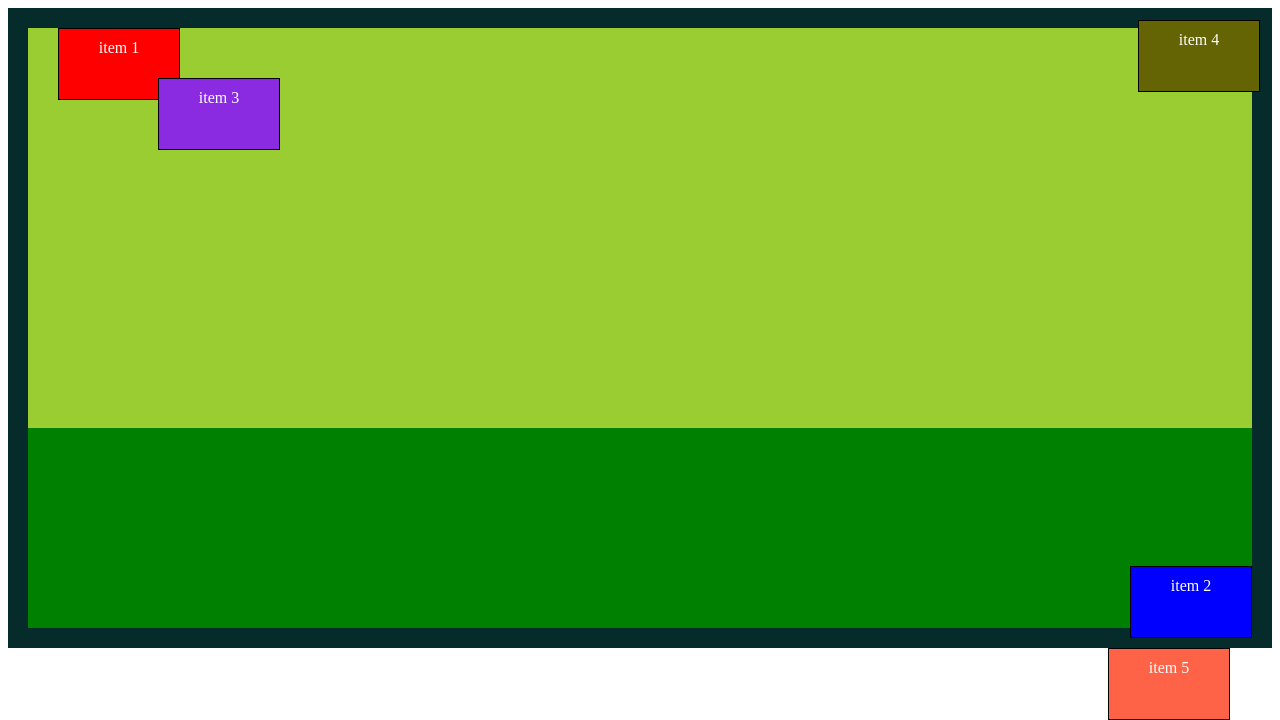
Repository: nmaury/TpsCambodge
Page: InternetProgramming/Css/sample.html
These files come from the project's save history. The page is drawn as it stood at one moment and after the next save; the edit follows.
The browser window is 1280 px wide. The pictures show the whole page.

Above is the page before, as saved 2022-12-06 03:01:24.

After the next save:
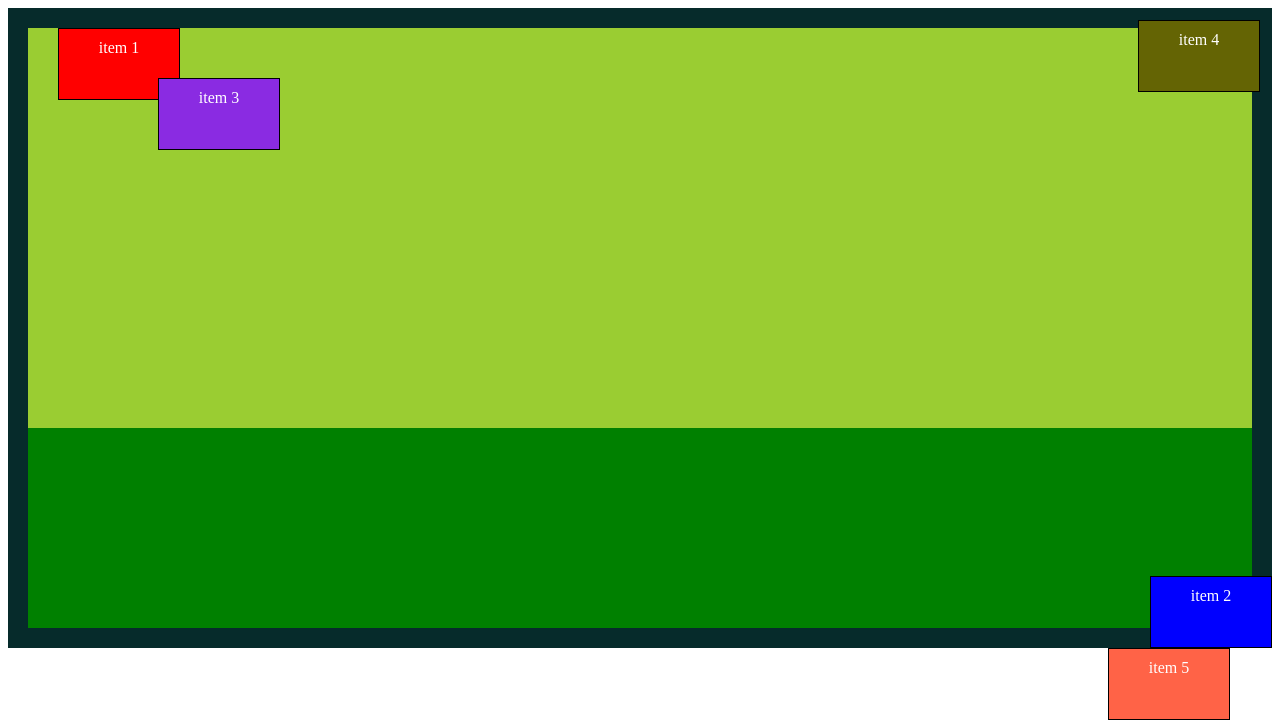
Saved 20 s later.
--- a/InternetProgramming/Css/sample.css
+++ b/InternetProgramming/Css/sample.css
@@ -15,8 +15,8 @@
 }
 .item2{
     background-color: blue;
-    bottom:10px;
-    right: 20px;
+    bottom:0px;
+    right: 00px;
 }
 .item3{
     background-color: blueviolet;
